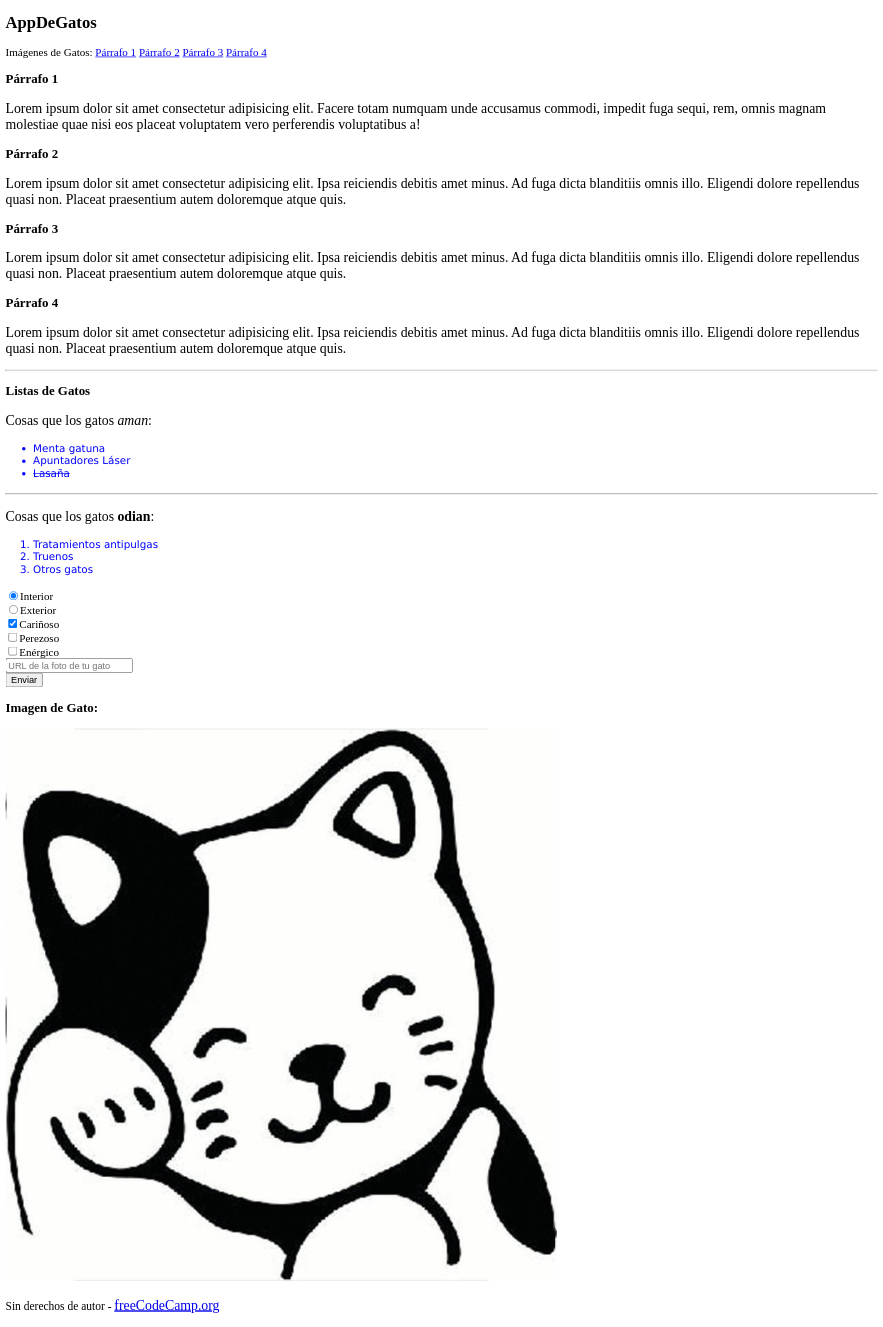
Repository: pedro-donoso/curso-html---css
Page: index.html
The author's editor kept a copy of each file at every save. The page is drawn from the files as they stood at one save, then again after a run of saves.
The browser window is 1280 px wide. The pictures show the whole page, at 69% of full size.

Above is the page before, as saved 2023-11-14 02:06:51.

### index.html
<!DOCTYPE html>
<html lang="es">

<head>
  <meta charset="UTF-8">
  <meta name="viewport" content="width=device-width, initial-scale=1.0">
  <title>AppDeGatos</title>
  <link rel="stylesheet" href="./style.css">
</head>

<body>
  <h2>AppDeGatos</h2>
  <main
    <h3>Imágenes de Gatos:</h3>

    <a href="#parrafo-1">Párrafo 1</a>
    <a href="#parrafo-2">Párrafo 2</a>
    <a href="#parrafo-3">Párrafo 3</a>
    <a href="#parrafo-4">Párrafo 4</a>

    <h3 id="parrafo-1">Párrafo 1</h3>

    <p>Lorem ipsum dolor sit amet consectetur adipisicing elit. Facere totam numquam unde accusamus commodi, impedit
      fuga sequi, rem, omnis magnam molestiae quae nisi eos placeat voluptatem vero perferendis voluptatibus a!</p>

    <h3 id="parrafo-2">Párrafo 2</h3>

    <p>Lorem ipsum dolor sit amet consectetur adipisicing elit. Ipsa reiciendis debitis amet minus. Ad fuga dicta
      blanditiis omnis illo. Eligendi dolore repellendus quasi non. Placeat praesentium autem doloremque atque quis.</p>

    <h3 id="parrafo-3">Párrafo 3</h3>

    <p>Lorem ipsum dolor sit amet consectetur adipisicing elit. Ipsa reiciendis debitis amet minus. Ad fuga dicta
      blanditiis omnis illo. Eligendi dolore repellendus quasi non. Placeat praesentium autem doloremque atque quis.</p>

    <h3 id="parrafo-4">Párrafo 4</h3>

    <p>Lorem ipsum dolor sit amet consectetur adipisicing elit. Ipsa reiciendis debitis amet minus. Ad fuga dicta
      blanditiis omnis illo. Eligendi dolore repellendus quasi non. Placeat praesentium autem doloremque atque quis.</p>

    <hr>

    <h3>Listas de Gatos</h3>

    <div>
      <p>Cosas que los gatos <em>aman</em>:</p>
      <ul class="lista-de-gatos">
        <li>Menta gatuna</li>
        <li>Apuntadores Láser</li>
        <li><s>Lasaña</s></li>
      </ul>

      <hr>

      <p>Cosas que los gatos <strong>odian</strong>:</p>
      <ol class="lista-de-gatos">
        <li>Tratamientos antipulgas</li>
        <li>Truenos</li>
        <li>Otros gatos</li>
      </ol>
    </div>


    <form action="/enviar-respuesta">

      <!-- botones de radio -->
      <label for="interior">
        <input type="radio" value="interior" id="interior" name="interior-exterior" checked>Interior </label>

      <br>

      <label for="exterior"><input type="radio" value="exterior" id="exterior" name="interior-exterior">Exterior</label>

      <br>

      <!-- casilla de verificación -->
      <label for="carinoso"> <input type="checkbox" name="personalidad id=" carinoso" checked>Cariñoso</label>

      <br>

      <label for="perezoso"><input type="checkbox" name="personalidad" id="perezoso">Perezoso</label>

      <br>

      <label for="energico"><input type="checkbox" name="personalidad" id="energico">Enérgico</label>

      <br>

      <!-- texto y boton enviar -->
      <input type="text" placeholder="URL de la foto de tu gato" required>

      <br>

      <button type="submit">Enviar</button>
    </form>

    <h3>Imagen de Gato:</h3>
    <a href="https://www.freecodecamp.org/espanol/" target="_blank" rel="noopener noreferrer"><img
        src="./assets/img/gato.jpg" alt="gato"></a>

  </main>

  <footer>
    <p><small>Sin derechos de autor - <a href="https://www.freecodecamp.org/español/"></small>freeCodeCamp.org</a></p>
  </footer>

</body>

</html>

### style.css
p,
ul,
ol {
  font-size: 20px;
}

li {
  color: blue;
  font-size: 15px;
  font-family: Verdana;
}

img {
  wid
}
}

After the next 3 saves:
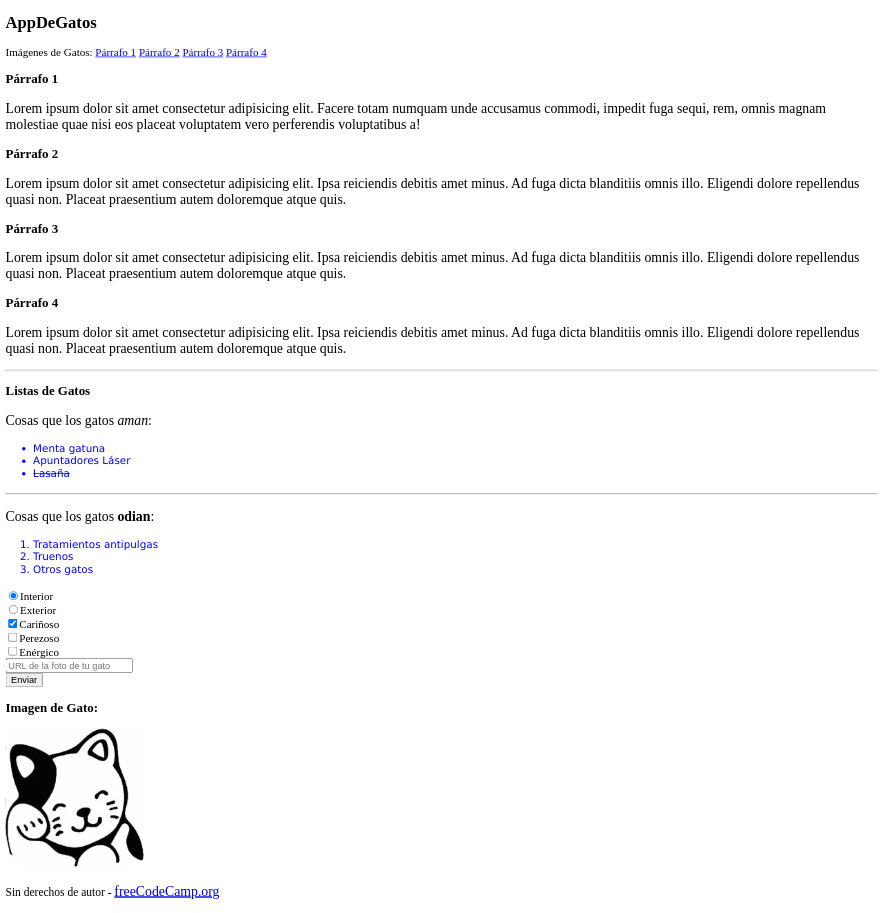
The 3 saves are shown as one change because they came seconds apart.
The last was saved 14 s later.
--- a/style.css
+++ b/style.css
@@ -11,6 +11,5 @@
 }
 
 img {
-  wid
+  width: 200px;
 }
-}
